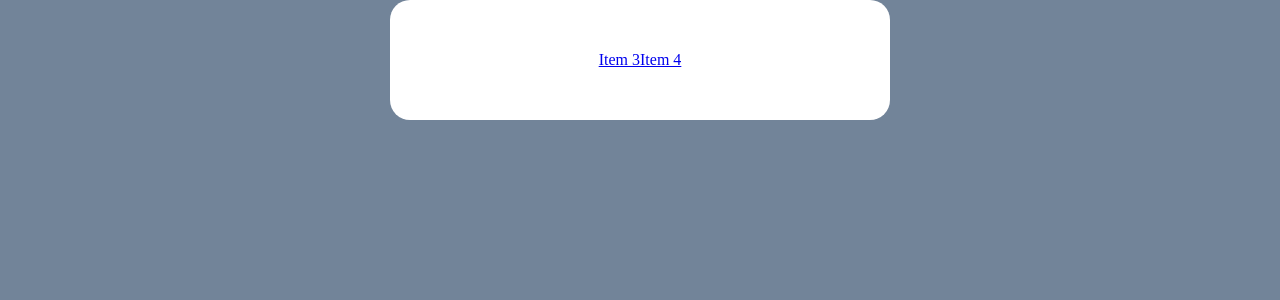
Repository: Artltzz/menu-animado
Page: index.html
These files come from the project's save history. The page is drawn as it stood at one moment and after the next save; the edit follows.
The browser window is 1280 px wide. The pictures show the whole page.
Some icons come from a web library that is not loaded, so they are not drawn.

Above is the page before, as saved 2025-12-27 12:00:55.

### index.html
<!DOCTYPE html>
<html lang="pt-br">
<head>
    <meta charset="UTF-8">
    <meta name="viewport" content="width=device-width, initial-scale=1.0">
    <title>Document</title>
    <link rel="stylesheet" href="style.css">
    <link href='https://cdn.boxicons.com/3.0.6/fonts/basic/boxicons.min.css' rel='stylesheet'>
</head>
<body>

    <div class="header">
            <ul>
                <li><a href="#"><i class='bxr  bx-home'></i></a>
                </li>
                <li>
                    <a href="#"><i class='bxr  bx-user'></i> </a>
                </li>
                <li>
                    <i class='bxr  bx-search'></i>

                    <a href="#">Item 3</a>
                </li>
                    <li>
                        <i class='bxr  bx-message-circle'></i>

                    <a href="#">Item 4</a>
                </li>

            </ul>


    </div>

    <script src="index.js"></script>

</body>
</html>

### style.css
*{
    margin: 0;
    padding: 0;
    box-sizing: border-box;
}

body{
    height: 100vh;
    background: #728499;
    display: flex;
    justify-content: center;

}

.header{
    position: relative;
    height: 120px;
    width: 500px;
    background: white;
    border-radius: 20px;
    display: flex;
    align-items: center;
    justify-content: center;
}

.header ul{
    position: relative;
    display: flex;
}

.header ul li{
    position: relative;
    list-style-type: none ;
}

Loaded but not shown: index.js (no stored copy; drawn as an empty file)

After the next save:
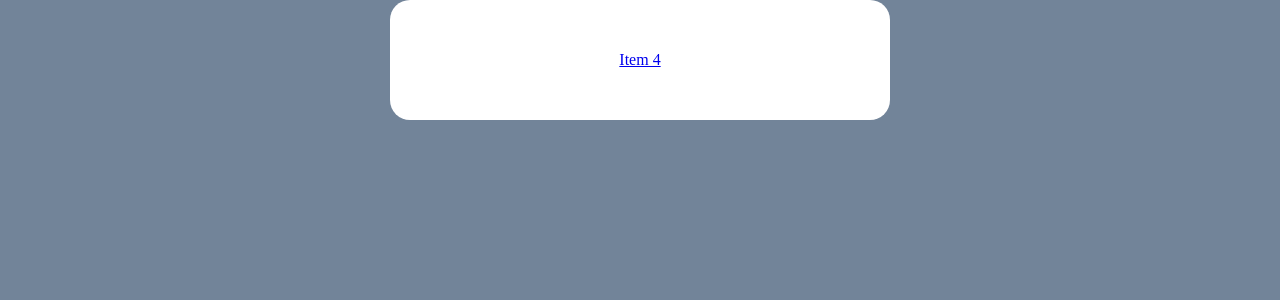
Saved 18 s later.
--- a/index.html
+++ b/index.html
@@ -19,7 +19,7 @@
                 <li>
                     <i class='bxr  bx-search'></i>
 
-                    <a href="#">Item 3</a>
+                    <a href="#"> <i class='bxr  bx-search'></i> </a>
                 </li>
                     <li>
                         <i class='bxr  bx-message-circle'></i>
